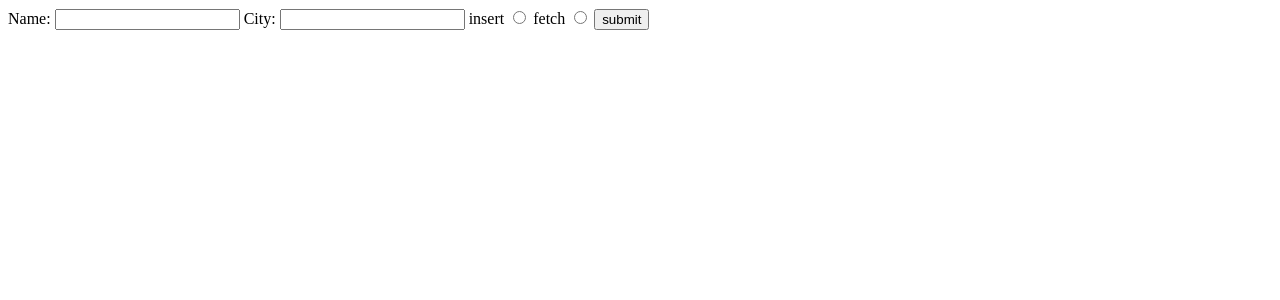
Repository: vish971-rx/Repo796
Page: http://localhost/FirstProject/
The author's editor kept a copy of each file at every save. The page is drawn from the files as they stood at one save, then again after the next save.
The browser window is 1280 px wide. The pictures show the whole page.
The page is served by Tomcat 9. Other server files are loaded and not shown.

Above is the page before, as saved 2019-11-06 13:22:31.

### Hibernate/FirstProject/src/main/webapp/index.jsp
<html>
<body>

<!--
<form method="post"  action="CustomerServlet">

Name: <input type="text" name="name">
City: <input type="text" name="cname">

<input type="submit" value="submit">
</form>

<form method="post" action="CustomerServlet">
Entyer CUSid: <input type="text" name="uid" >
<input type="submit" value="submit">
</form>

-->

<form method="post"  action="CustomerServlet">
Name: <input type="text" name="name">
City: <input type="text" name="cname">
 insert   <input type="radio" name="c1" value="insert">
 fetch    <input type="radio" name="c1" value="fetch" >
<input type="submit" value="submit">
</form>

</body>
</html>

After the next save:
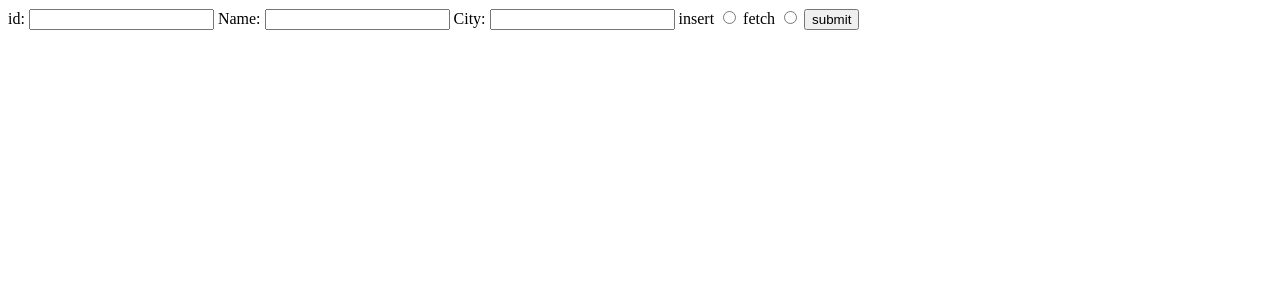
Saved 32 s later.
--- a/Hibernate/FirstProject/src/main/webapp/index.jsp
+++ b/Hibernate/FirstProject/src/main/webapp/index.jsp
@@ -18,10 +18,11 @@ Entyer CUSid: <input type="text" name="uid" >
 -->
 
 <form method="post"  action="CustomerServlet">
+id: <input type="text" name="uid" >
 Name: <input type="text" name="name">
 City: <input type="text" name="cname">
- insert   <input type="radio" name="c1" value="insert">
- fetch    <input type="radio" name="c1" value="fetch" >
+insert   <input type="radio" name="c1" value="insert">
+fetch    <input type="radio" name="c1" value="fetch" >
 <input type="submit" value="submit">
 </form>
 
